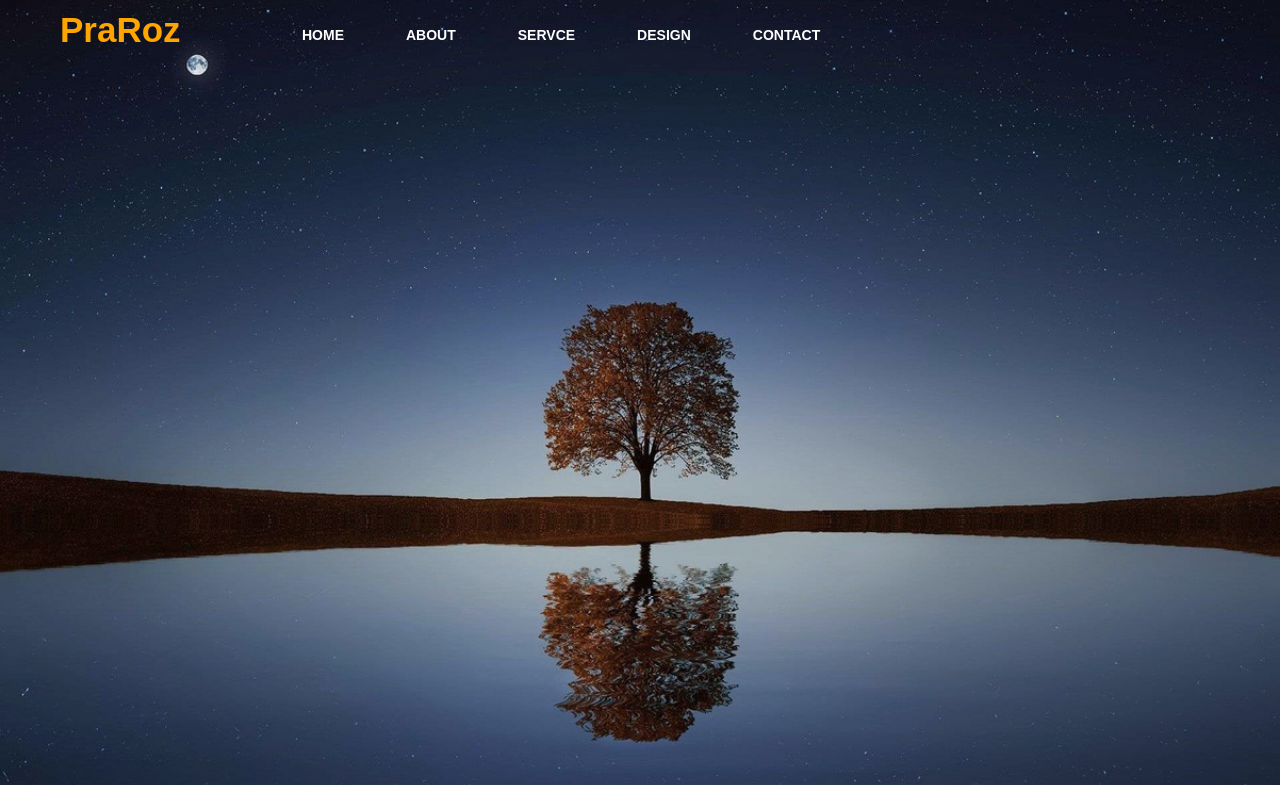
Repository: HuynhDuc23/project3
Page: index.html
The author's editor kept a copy of each file at every save. The page is drawn from the files as they stood at one save, then again after the next save.
The browser window is 1280 px wide. The pictures show the whole page.

Above is the page before, as saved 2023-05-04 14:41:13.

After the next save:
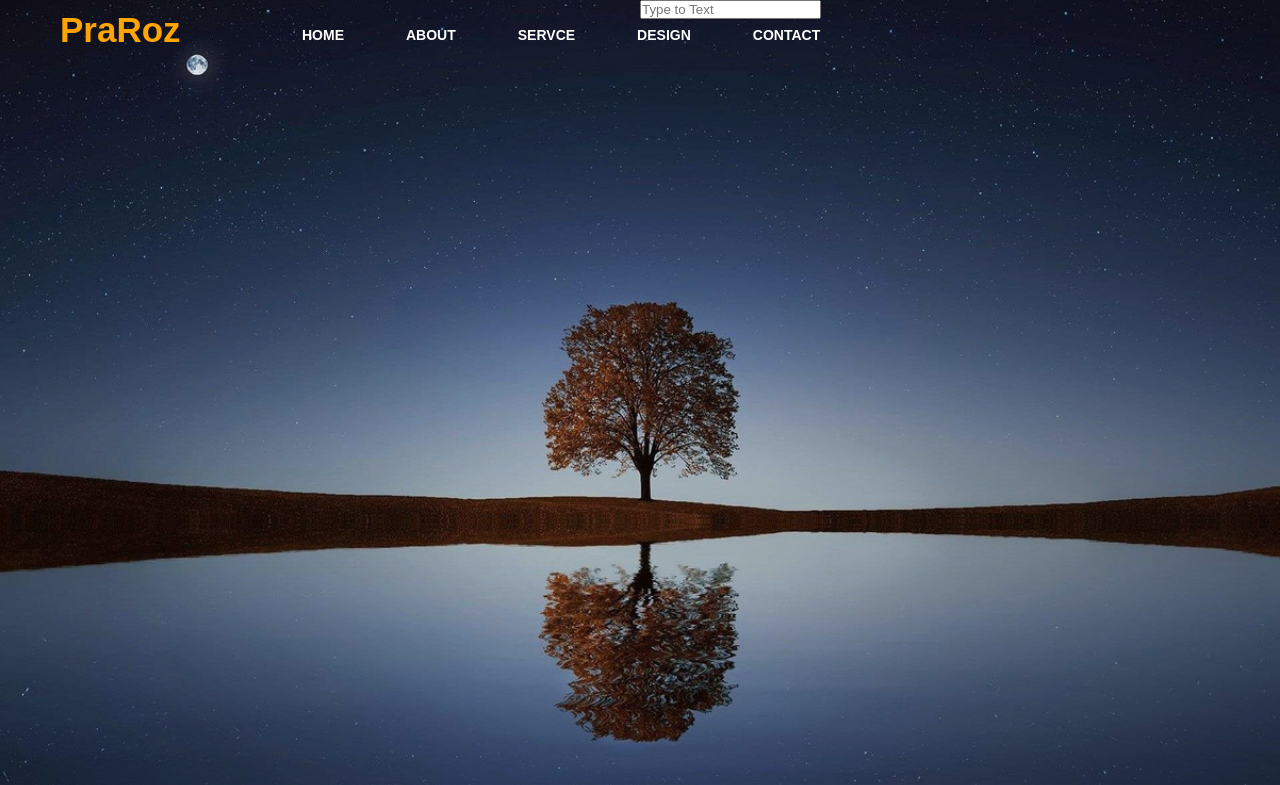
Saved 2 min 31 s later.
--- a/index.html
+++ b/index.html
@@ -22,6 +22,10 @@
                     <li><a href="#">CONTACT</a></li>
                 </ul>
             </div>
+            <div class="search">
+                <input type="search" class="srch" placeholder="Type to Text">
+
+            </div>
         </div>
     </div>
 </body>
